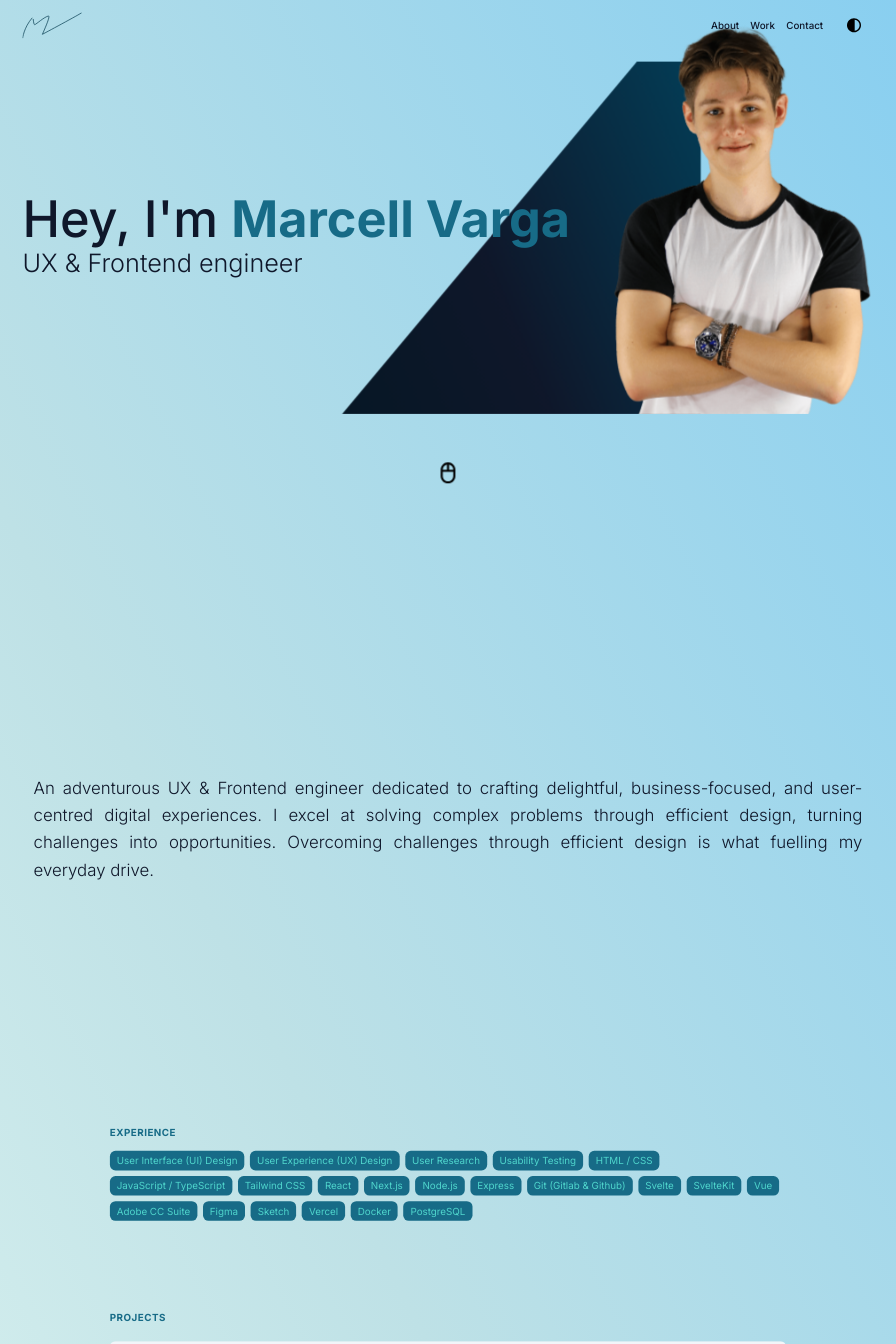
Repository: TheMarcellVarga/personal-portfolio-v.2
Page: /
These files come from the project's save history. The page is drawn as it stood at one moment and after a run of saves; the edit follows.
The browser window is 1280 px wide. The pictures show the part of the page from y = 0 to 1920 px (the page is 4294 px tall), at 70% of full size.
The project was rebuilt for these pictures with package versions that can differ from the ones it lists, and the page was loaded fresh each time. The framework's server and built-in components were replaced by stand-ins that run in the browser. Also part of the build but not shown: next.config.mjs.

Above is the page before, as saved 2024-07-19 00:34:09.

After the next 3 saves:
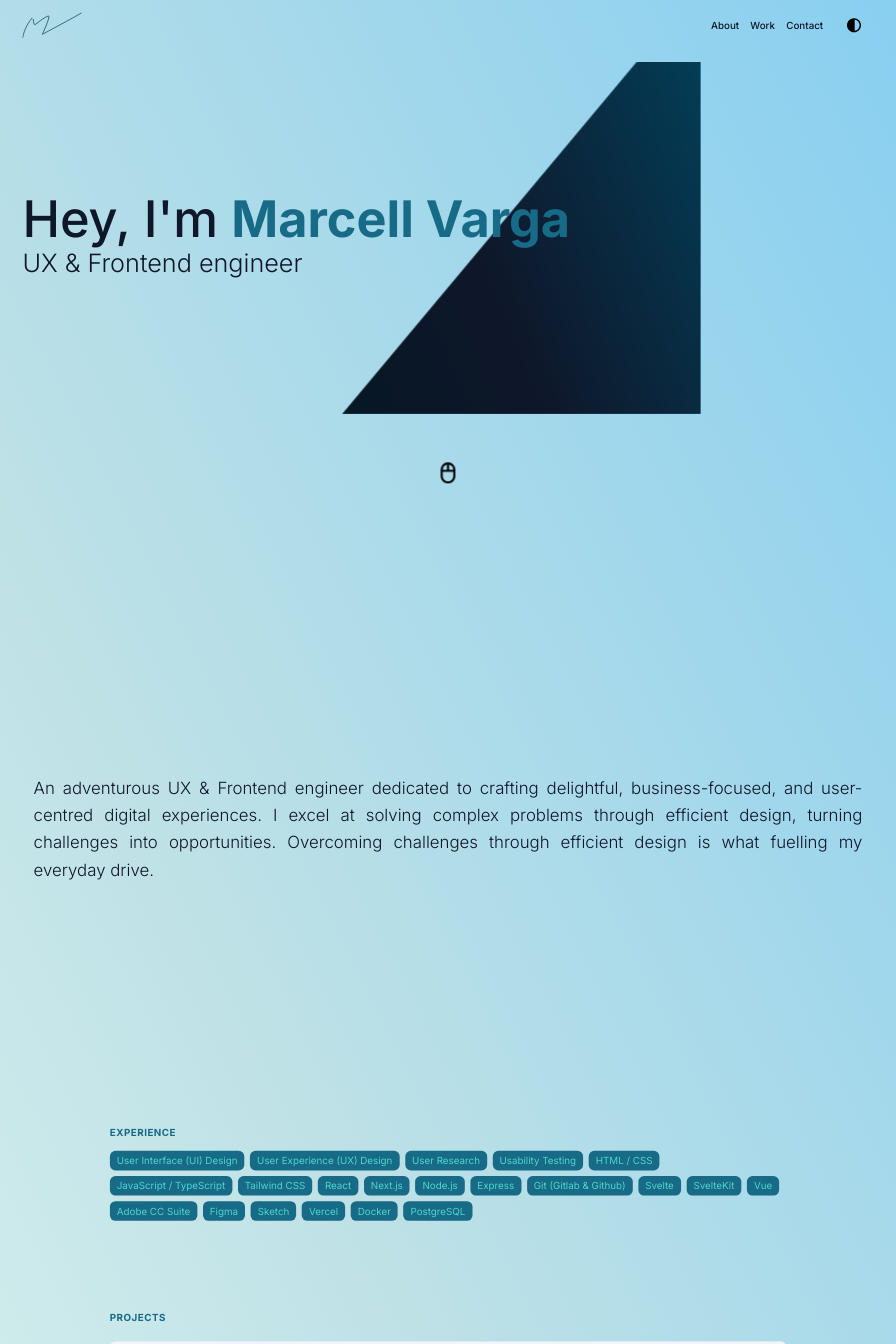
The 3 saves are shown as one change because they came seconds apart.
The last was saved 14 s later.
--- a/app/page.tsx
+++ b/app/page.tsx
@@ -292,14 +292,14 @@ export default function Page() {
               </svg>
             </div>
             <div className="absolute w-96 bottom-0 right-0 transform z-10">
-              <Image
+              {/* <Image
                 src="/images/personalpageprofilealt.png"
                 alt="Profile Picture"
                 layout="responsive"
                 width={300}
                 height={300}
                 objectFit="cover"
-              />
+              /> */}
             </div>
           </div>{" "}
         </div>
